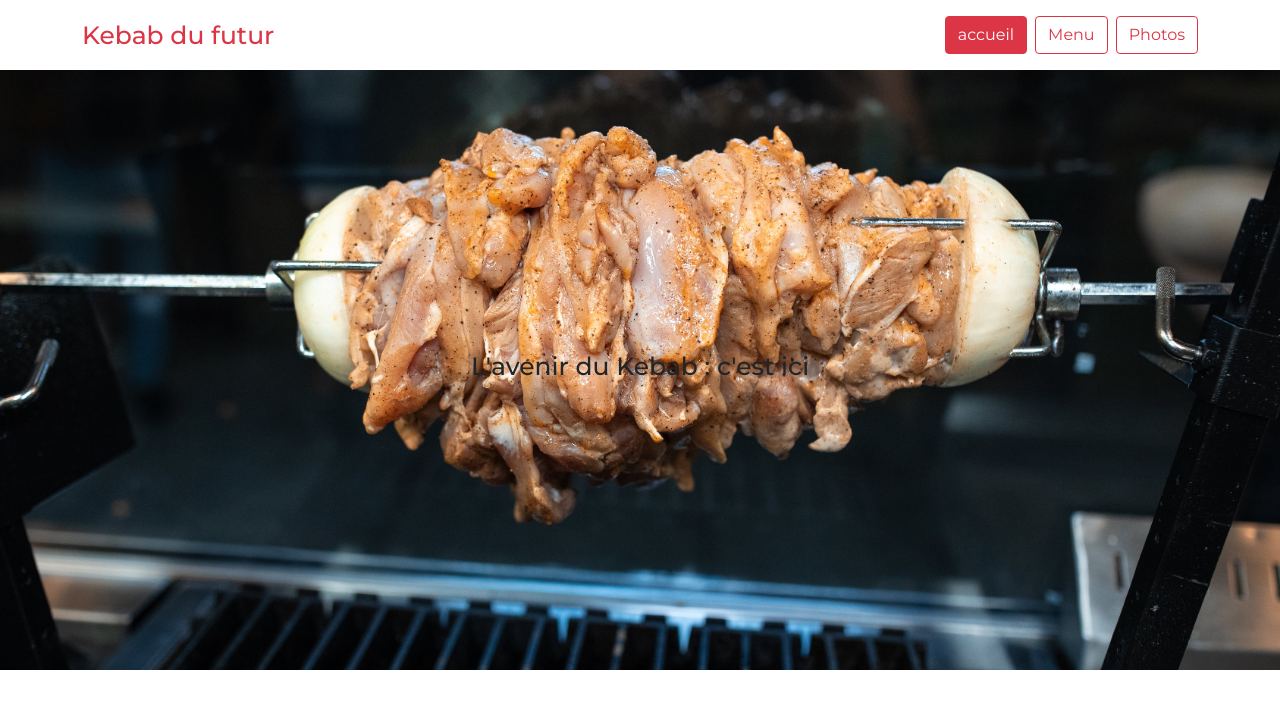
Repository: phbord/THP-js-exercices-manipulation-DOM
Page: index.html
The author's editor kept a copy of each file at every save. The page is drawn from the files as they stood at one save, then again after the next save.
The browser window is 1280 px wide. The pictures show the whole page.

Above is the page before, as saved 2021-07-19 11:16:12.

### index.html
<!DOCTYPE HTML>
<html lang="fr">
    <head>
        <title></title>
        <meta charset="utf-8">
        <link href="https://cdn.jsdelivr.net/npm/bootstrap@5.0.2/dist/css/bootstrap.min.css"
                rel="stylesheet"
                integrity="sha384-EVSTQN3/azprG1Anm3QDgpJLIm9Nao0Yz1ztcQTwFspd3yD65VohhpuuCOmLASjC"
                crossorigin="anonymous">
        <link rel="stylesheet" href="./styles/main.css">
    </head>
    <body>
        <!-- HEADER -->
        <header class="py-3">
            <nav class="container d-flex align-items-center justify-content-between">
                <div class="me-5" href="#">
                    <h1 class="text-danger">Kebab du futur</h1>
                </div>
                <ul class="d-flex">
                    <li class="me-2">
                        <a class="btn btn-danger" href="#">accueil</a>
                    </li>
                    <li class="me-2">
                        <a class="btn btn-outline-danger" href="#">Menu</a>
                    </li>
                    <li>
                        <a class="btn btn-outline-danger" href="#">Photos</a>
                    </li>
                </ul>
            </nav>
        </header>

        <!-- ACCUEIL -->
        <section class="home d-flex justify-content-center align-items-center">
            <h2>L'avenir du Kebab : c'est ici</h2>
        </section>

        <!-- MENU -->

        <!-- PHOTOS -->


        <!-- SCRIPTS -->
        <script src="./scripts/main.js"></script>
    </body>
</html>

### styles/main.css
@import url('https://fonts.googleapis.com/css2?family=Montserrat:wght@100;200;300;400;500;600;700;800;900&display=swap');

body {
    font-family: Montserrat;
}

ul,li {
    margin: 0;
    padding: 0;
    list-style: none;
}

header h1 {
    font-size: 25px;
}
header h1 {
    margin: 0;
}
h2 {
    font-size: 25px;
}

a,button {
    -webkit-transition: all 300ms ease;
    -moz-transition: all 300ms ease;
    -ms-transition: all 300ms ease;
    -o-transition: all 300ms ease;
    transition: all 300ms ease;
}

/* ACCUEIL */
.home {
    height: 600px;
    background: transparent url(../img/i_home.jpeg) center no-repeat;
    background-size: cover;
}
.home h2 {
    co;
}

/*  */

Loaded but not shown: scripts/main.js (no copy from this time; the picture is the same without it)

After the next save:
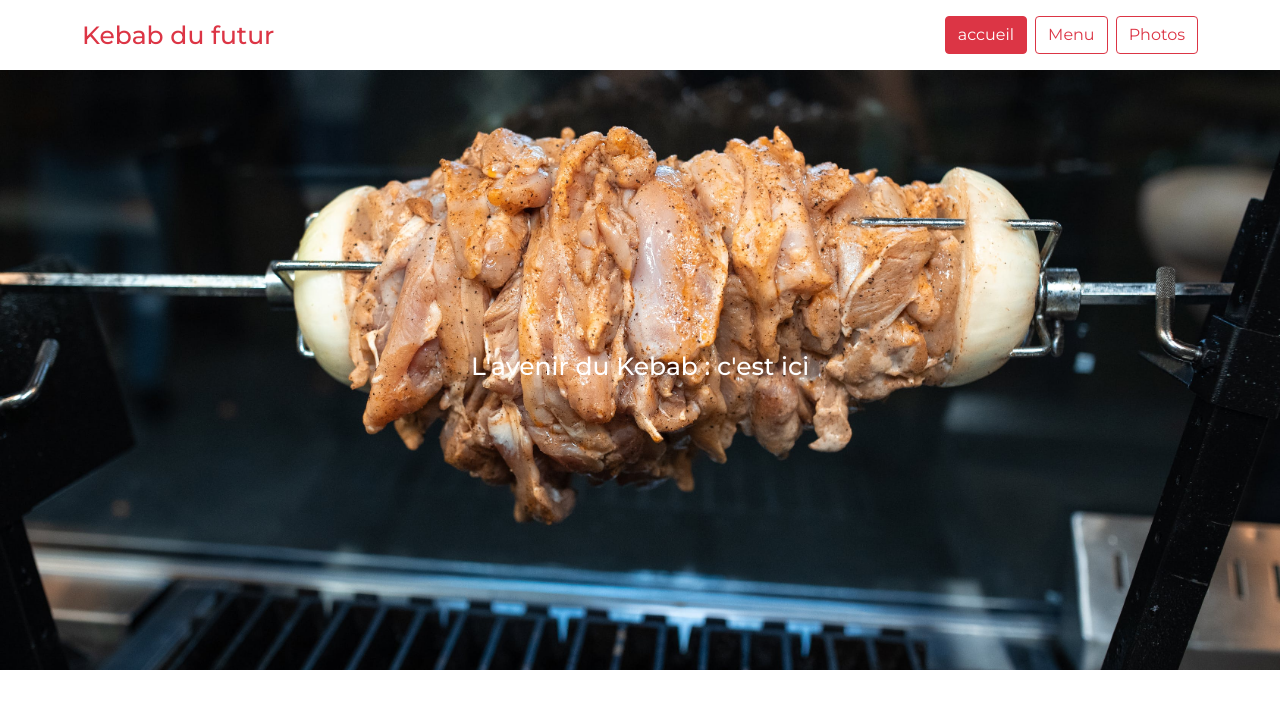
Saved 4 s later.
--- a/styles/main.css
+++ b/styles/main.css
@@ -35,7 +35,7 @@ a,button {
     background-size: cover;
 }
 .home h2 {
-    co;
+    color: #fff;
 }
 
 /*  */
